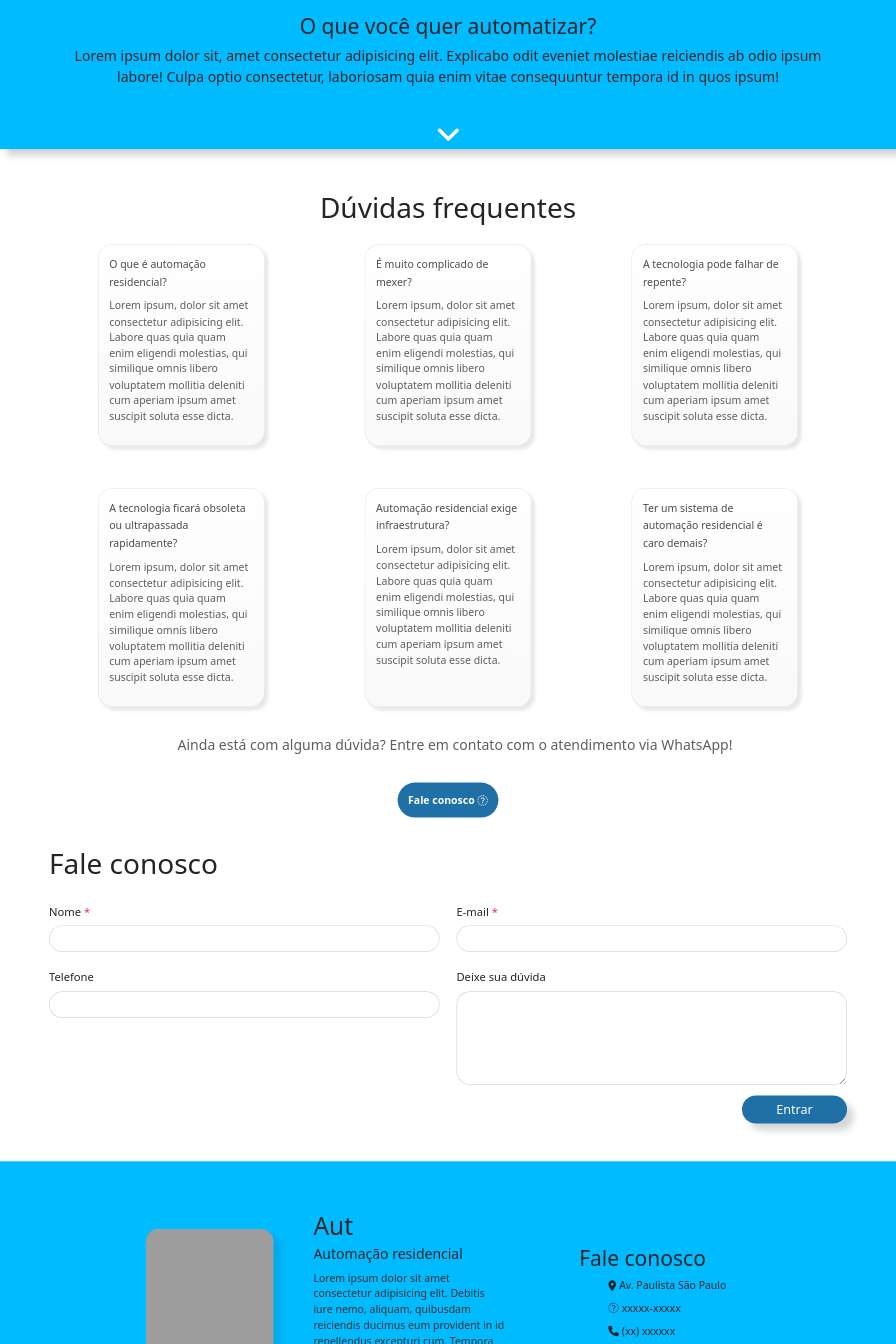
Repository: BulleST/SouHi_Institucional
Page: home.html
The author's editor kept a copy of each file at every save. The page is drawn from the files as they stood at one save, then again after the next save.
The browser window is 1280 px wide. The pictures show the part of the page from y = 1470 to 3390 px (the page is 3489 px tall before and 3339 px after), at 70% of full size.
Pictures or frames that could not be fetched are drawn as grey boxes.

Above is the page before, as saved 2022-10-27 17:43:25.

### home.html
<!DOCTYPE html>
<html lang="pt-br">

<head>
  <meta charset="UTF-8">
  <meta http-equiv="X-UA-Compatible" content="IE=edge">
  <meta name="viewport" content="width=device-width, initial-scale=1.0">
  <title>SouHi - Soluções Automatizadas</title>

  <script src="https://code.jquery.com/jquery-3.6.1.js" integrity="sha256-3zlB5s2uwoUzrXK3BT7AX3FyvojsraNFxCc2vC/7pNI="
    crossorigin="anonymous"></script>


    <!-- Bootstrap -->
<link href="https://cdn.jsdelivr.net/npm/bootstrap@5.2.2/dist/css/bootstrap.min.css" rel="stylesheet" integrity="sha384-Zenh87qX5JnK2Jl0vWa8Ck2rdkQ2Bzep5IDxbcnCeuOxjzrPF/et3URy9Bv1WTRi" crossorigin="anonymous">
<script src="https://cdn.jsdelivr.net/npm/bootstrap@5.2.2/dist/js/bootstrap.bundle.min.js" integrity="sha384-OERcA2EqjJCMA+/3y+gxIOqMEjwtxJY7qPCqsdltbNJuaOe923+mo//f6V8Qbsw3" crossorigin="anonymous"></script>
  <!-- Fontawesome -->
  <link rel="stylesheet" href="https://cdnjs.cloudflare.com/ajax/libs/font-awesome/6.2.0/css/all.min.css"
    integrity="sha512-xh6O/CkQoPOWDdYTDqeRdPCVd1SpvCA9XXcUnZS2FmJNp1coAFzvtCN9BmamE+4aHK8yyUHUSCcJHgXloTyT2A=="
    crossorigin="anonymous" referrerpolicy="no-referrer" />
  <script src="https://cdnjs.cloudflare.com/ajax/libs/font-awesome/6.2.0/js/all.min.js"
    integrity="sha512-naukR7I+Nk6gp7p5TMA4ycgfxaZBJ7MO5iC3Fp6ySQyKFHOGfpkSZkYVWV5R7u7cfAicxanwYQ5D1e17EfJcMA=="
    crossorigin="anonymous" referrerpolicy="no-referrer"></script>

  <!-- Slick Carousel -->
  <link rel="stylesheet" type="text/css" href="https://cdn.jsdelivr.net/npm/slick-carousel@1.8.1/slick/slick.css" />
  <script type="text/javascript" src="https://cdn.jsdelivr.net/npm/slick-carousel@1.8.1/slick/slick.min.js"></script>

  <!-- AOS -->
  <link rel="stylesheet" href="https://unpkg.com/aos@next/dist/aos.css">
  <script src="https://unpkg.com/aos@next/dist/aos.js"></script>

  <link rel="stylesheet" href="style.css">
  <script src="script.js" defer></script>

</head>

<body>
  <header>
    <div class="header-container bg-on" id="header">
      <div class="header-position">
        <div class="flex-item-image">
          <img src="img/logo_claro.png" alt="Logo Souhi">
        </div>
        <div class="flex-item-rotas">
          <nav class="rotas">
            <ul>
            <li> <a class="header__navigation-link" href="#home">Home</a></li>
              <li><a class="header__navigation-link" href="#quem-somos">Quem somos</a></li>
              <li><a class="header__navigation-link" href="#produtos">Ofertas</a></li>
              <li><a class="header__navigation-link" href="#duvidas">FAQ</a></li>
              <li><a class="header__navigation-link" href="#contatos">Contatos</a></li>
            </ul>
          </nav>
        </div>
        <div class="flex-item-contato">
          <a href="" class="btn-fale-conosco">Fale conosco!</a>
        </div>
      </div>
    </div>
  </header>


  <section>
    <section class="carrossel" id="inicio">
      <button class="btn-scroll-down">
        <i class="fas fa-chevron-down"></i>
      </button>
      <div class="slider">
        <div class=" first-item">
          <div class="slider__item-inner slider__item d-flex first-item-inner">
            <div class="slider__item-content first-content">
              <h3>Lorem Ipsum</h3>
              <hr>
              <p>Lorem ipsum dolor, sit amet consectetur adipisicing elit. Beatae fugiat voluptas consequatur voluptate perspiciatis aspernatur voluptates dolores inventore vero incidunt officia, modi dolorum. </p>
              <p class="my-2">Conheça nossos produtos!</p>
              <button class="btn btn-confira">Confira</button>
            </div>
            <div class="slider__item-image first-image">
              <img src="./img/house.png" alt="">
            </div>
          </div>
        </div>
        <div class="  second-item">

          <div class=" d-flex slider__item  second-item-inner">

            <div class="second-contain">
              <div class=" second-image">

                <img src="img/ic_launcher.png" alt="" >
                <img src="./img/phone.png" alt="">

              </div>
            <div class=" second-content">
              <h3>Lorem Ipsum</h3>

              <p>Lorem ipsum dolor, sit amet consectetur adipisicing elit.  </p>
              <a href="" class="btn-fale-conosco">Fale conosco!</a>

            </div>

          </div>

          </div>
        </div>
        <div class="  third-item">
          <div class=" d-flex slider__item  third-item-inner">
            <div class="third-contain">
              <div class=" third-image">
                <img src="img/smart-house-8.png" alt="" >
              </div>
            <div class=" third-content">
              <h3>Lorem Ipsum Ipsum</h3>
              <p>Lorem ipsum dolor, sit amet consectetur adipisicing elit. Lorem ipsum dolor, sit amet consectetur adipisicing elit. orem ipsum dolor, sit amet consectetur adipisicing elit. </p>
              <a href="" class="btn-fale-conosco mt-2">Fale conosco!</a>
            </div>
          </div>
          </div>
        </div>
        </div>
      </div>
    </section>

    <div class="bg">
      <div class="container wrapper">
        <section class="quem-somos" id="quem-somos">
          <img src="img/teste.jpg" alt="" class="imagem" data-aos="fade-right">
          <div class="texto" data-aos="fade-left">

            <h1>Quem somos</h1>
            <p>Lorem ipsum, dolor sit amet consectetur adipisicing elit. Iure, obcaecati alias magni reiciendis non ipsa
              asperiores deserunt quibusdam quasi ut odit, quaerat ex eum fugit pariatur rerum eius vitae maiores?</p>

            <button class="btn">Saiba mais <span> <i class="fa-solid fa-angles-right"></i></span></button>
          </div>
        </section>
        <div class="beneficios">
          <div class="card card-1" data-aos="fade-up">
            <div class="card-texto">
              <span> <i class="fa-solid fa-dollar-sign icone-card"></i></span>
              <h1>Economia</h1>
              <p>Lorem, ipsum dolor sit amet consectetur adipisicing elit. Saepe placeat repellat magni est praesentium
                quaerat aspernatur incidunt sint, quisquam voluptates aut fugiat vel dolorum maxime alias autem, sunt
                quae amet!</p>
            </div>
          </div>
          <div class="card card-2" data-aos="fade-up">
            <div class="card-texto">
              <span> <i class="fa-solid fa-shield icone-card"></i></span>
              <h1>Segurança</h1>
              <p>Lorem, ipsum dolor sit amet consectetur adipisicing elit. Saepe placeat repellat magni est praesentium
                quaerat aspernatur incidunt sint, quisquam voluptates aut fugiat vel dolorum maxime alias autem, sunt
                quae amet!</p>
            </div>
          </div>
          <div class="card card-3" data-aos="fade-up">
            <div class="card-texto">
              <span> <i class="fa-solid fa-check icone-card"></i></span>
              <h1>Conveniência</h1>
              <p>Lorem, ipsum dolor sit amet consectetur adipisicing elit. Saepe placeat repellat magni est praesentium
                quaerat aspernatur incidunt sint, quisquam voluptates aut fugiat vel dolorum maxime alias autem, sunt
                quae amet!</p>
            </div>
          </div>
          <div class="card card-4" data-aos="fade-up">
            <div class="card-texto">
              <span> <i class="fa-solid fa-couch icone-card"></i></span>
              <h1>Conforto</h1>
              <p>Lorem, ipsum dolor sit amet consectetur adipisicing elit. Saepe placeat repellat magni est praesentium
                quaerat aspernatur incidunt sint, quisquam voluptates aut fugiat vel dolorum maxime alias autem, sunt
                quae amet!</p>
            </div>
          </div>
        </div>
      </div>


      <div class="produtos-fechado" id="produtos">
        <div class="produtos-texto">
          <h1>O que você quer automatizar?</h1>
          <p>Lorem ipsum dolor sit, amet consectetur adipisicing elit. Explicabo odit eveniet molestiae reiciendis ab
            odio ipsum labore! Culpa optio consectetur, laboriosam quia enim vitae consequuntur tempora id in quos
            ipsum!</p>

          <span class="pra"><i class="fa-solid fa-angle-down down" id="show-or-hide"></i></span>
        </div>

      </div>
      <!-- <div class="produtos-aberto">
        <div class=" sessao  mySwiper container">
          <div class="swiper-wrapper content">

            <div class="swiper-slide card">
              <div class="card-content">

                <div class="image">
                  <img src="https://source.unsplash.com/random/250x250" alt="" class="eseu">

                </div>
              </div>
            </div>

            <div class="swiper-slide card">
              <div class="card-content">

                <div class="image">
                  <img src="https://source.unsplash.com/random/250x250" alt="" class="eseu">
                </div>
              </div>
            </div>

            <div class="swiper-slide card">

              <div class="card-content">

                <div class="image">
                  <img src="https://source.unsplash.com/random/250x250" alt="" class="eseu">
                </div>
              </div>
            </div>

            <div class="swiper-slide card">
              <div class="card-content">


                <div class="image">

                  <img src="https://source.unsplash.com/random/250x250" alt="" class="eseu">
                </div>
              </div>
            </div>
          </div>
        </div>
        <div class="swiper-button-next"></div>
        <div class="swiper-button-prev"></div>
        <div class="swiper-paggination"></div>
      </div> -->
    </div>






    <div class="wrapper">
      <div class="duvidas" id="duvidas">
        <h1>Dúvidas frequentes</h1>
        <div class="duvida-card">
          <div class="grupo1">
            <div class="duvida s1 " data-aos="fade-up">
              <span>
                <fa-icon [icon]="['fas', 'question-circle']" class="duvidas-icones"></fa-icon>
                <h2>O que é automação residencial?</h2>
              </span>
              <p>Lorem ipsum, dolor sit amet consectetur adipisicing elit. Labore quas quia quam enim eligendi
                molestias, qui similique omnis libero voluptatem mollitia deleniti cum aperiam ipsum amet suscipit
                soluta esse dicta.</p>
            </div>
            <div class="duvida s2 " data-aos="fade-up">
              <span>
                <fa-icon [icon]="['fas', 'question-circle']" class="duvidas-icones"></fa-icon>
                <h2>É muito complicado de mexer?</h2>
              </span>

              <p>Lorem ipsum, dolor sit amet consectetur adipisicing elit. Labore quas quia quam enim eligendi
                molestias, qui similique omnis libero voluptatem mollitia deleniti cum aperiam ipsum amet suscipit
                soluta esse dicta.</p>
            </div>
            <div class="duvida s3 " data-aos="fade-up">
              <span>
                <fa-icon [icon]="['fas', 'question-circle']" class="duvidas-icones"></fa-icon>
                <h2>A tecnologia pode falhar de repente?</h2>
              </span>

              <p>Lorem ipsum, dolor sit amet consectetur adipisicing elit. Labore quas quia quam enim eligendi
                molestias, qui similique omnis libero voluptatem mollitia deleniti cum aperiam ipsum amet suscipit
                soluta esse dicta.</p>
            </div>
          </div>
          <div class="grupo2">


            <div class="duvida s4 " data-aos="fade-up">
              <span>
                <fa-icon [icon]="['fas', 'question-circle']" class="duvidas-icones"></fa-icon>
                <h2>A tecnologia ficará obsoleta ou ultrapassada rapidamente?</h2>
              </span>

              <p>Lorem ipsum, dolor sit amet consectetur adipisicing elit. Labore quas quia quam enim eligendi
                molestias, qui similique omnis libero voluptatem mollitia deleniti cum aperiam ipsum amet suscipit
                soluta esse dicta.</p>


            </div>
            <div class="duvida s5 " data-aos="fade-up">
              <span>
                <fa-icon [icon]="['fas', 'question-circle']" class="duvidas-icones"></fa-icon>
                <h2>Automação residencial exige infraestrutura?</h2>
              </span>

              <p>Lorem ipsum, dolor sit amet consectetur adipisicing elit. Labore quas quia quam enim eligendi
                molestias, qui similique omnis libero voluptatem mollitia deleniti cum aperiam ipsum amet suscipit
                soluta esse dicta.</p>
            </div>
            <div class="duvida s6 " data-aos="fade-up">
              <span>
                <fa-icon [icon]="['fas', 'question-circle']" class="duvidas-icones"></fa-icon>
                <h2>Ter um sistema de automação residencial é caro demais?</h2>
              </span>

              <p>Lorem ipsum, dolor sit amet consectetur adipisicing elit. Labore quas quia quam enim eligendi
                molestias, qui similique omnis libero voluptatem mollitia deleniti cum aperiam ipsum amet suscipit
                soluta esse dicta.</p>
            </div>
          </div>
        </div>
        <div class="duvidas-link">
          <p>Ainda está com alguma dúvida? Entre em contato com o atendimento via WhatsApp!</p>
          <a href="" class="duvidas-link-a">Fale conosco <i class='fa fa-whatsapp'></i></a>

        </div>
      </div>
    </div>
    <section class="container-fale-conosco">
    <div class="wrapper">
    <div class="fale-conosco">
      <h1>Fale conosco</h1>
      <form action="">
        <div class="row">
        <div action="" class="form-group mt-4 col-6">
          <label for="" class="form-label">Nome<span class="text-danger"> *</span></label>
          <input type="text" class="form-control" required>
        </div>
        <div action="" class="form-group mt-4 col-6">
          <label for="" class="form-label">E-mail<span class="text-danger" > *</span></label>
          <input type="text" class="form-control" required>
        </div>
      </div>
      <div class="row">
        <div action="" class="form-group mt-4 col-6">
          <label for="" class="form-label">Telefone</label>
          <input type="text" class="form-control">
        </div>
        <div action="" class="form-group mt-4 col-6">
          <label for="" class="form-label">Deixe sua dúvida</label>
          <textarea  class="form-control"  cols="120" rows="5" ></textarea>
        </div>
      </div>
        <div class="form-group d-flex justify-content-end ">
          <button type="submit" class=" botao-fale-conosco">Entrar</button>
        </div>
      </section>


      </form>
    </div>
  </div>

    </div>


 <div class="link-top link-on" ><a href="#inicio">


  <i class="fa-solid fa-angle-up"></i></a></div>
  </section>

  <section class="footer">

    </div>
    <div class="footer-position">
      <div class="finalizacao">
        <img src="img/pexels-liza-summer-6347719.jpg" alt="" class="footer-img">
        <div class="texto">
          <h1>Aut</h1>
          <h2>Automação residencial</h2>
          <p>Lorem ipsum dolor sit amet consectetur adipisicing elit. Debitis iure nemo, aliquam, quibusdam reiciendis
            ducimus eum provident in id repellendus excepturi cum. Tempora dolorum, consequatur laudantium possimus hic
            modi ratione.</p>
        </div>
      </div>
      <div class="contato">
        <div class="contato-texto">
          <h2>Fale conosco</h2>

          <ul>
            <li><i class="fa-solid fa-location-dot"></i> Av. Paulista São Paulo </li>
            <li><i class='fa fa-whatsapp'></i> xxxxx-xxxxx</li>
            <li><i class="fa-solid fa-phone"></i> (xx) xxxxxx</li>
          </ul>
        </div>
      </div>

    </div>

  </section>

</body>


<script>




</script>

</html>

Loaded but not shown: script.js (75 lines, source omitted); style.css (1144 lines, source omitted)

After the next save:
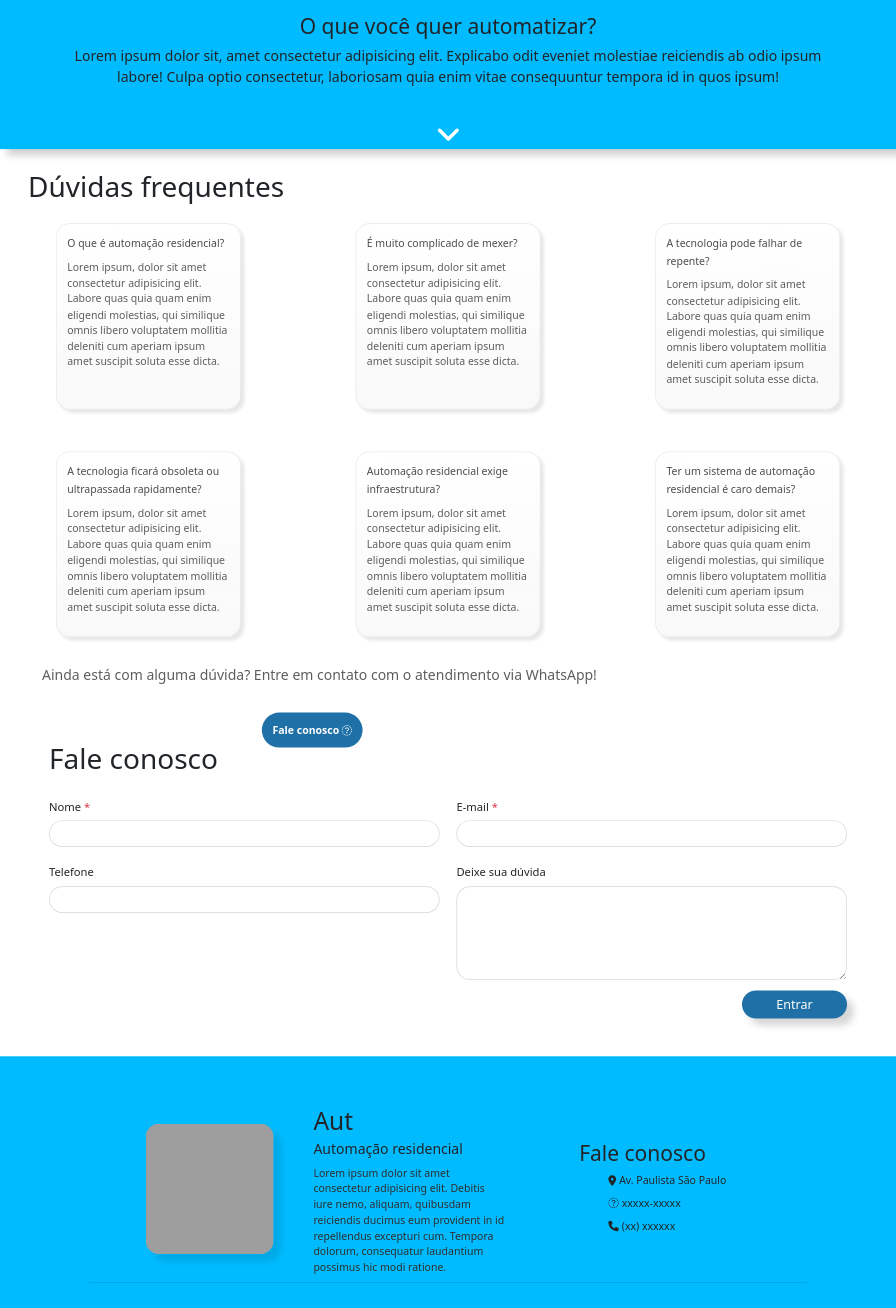
Saved 2 min 36 s later.
--- a/home.html
+++ b/home.html
@@ -244,7 +244,7 @@
 
 
     <div class="wrapper">
-      <div class="duvidas" id="duvidas">
+      <div class="beneficios" >
         <h1>Dúvidas frequentes</h1>
         <div class="duvida-card">
           <div class="grupo1">
